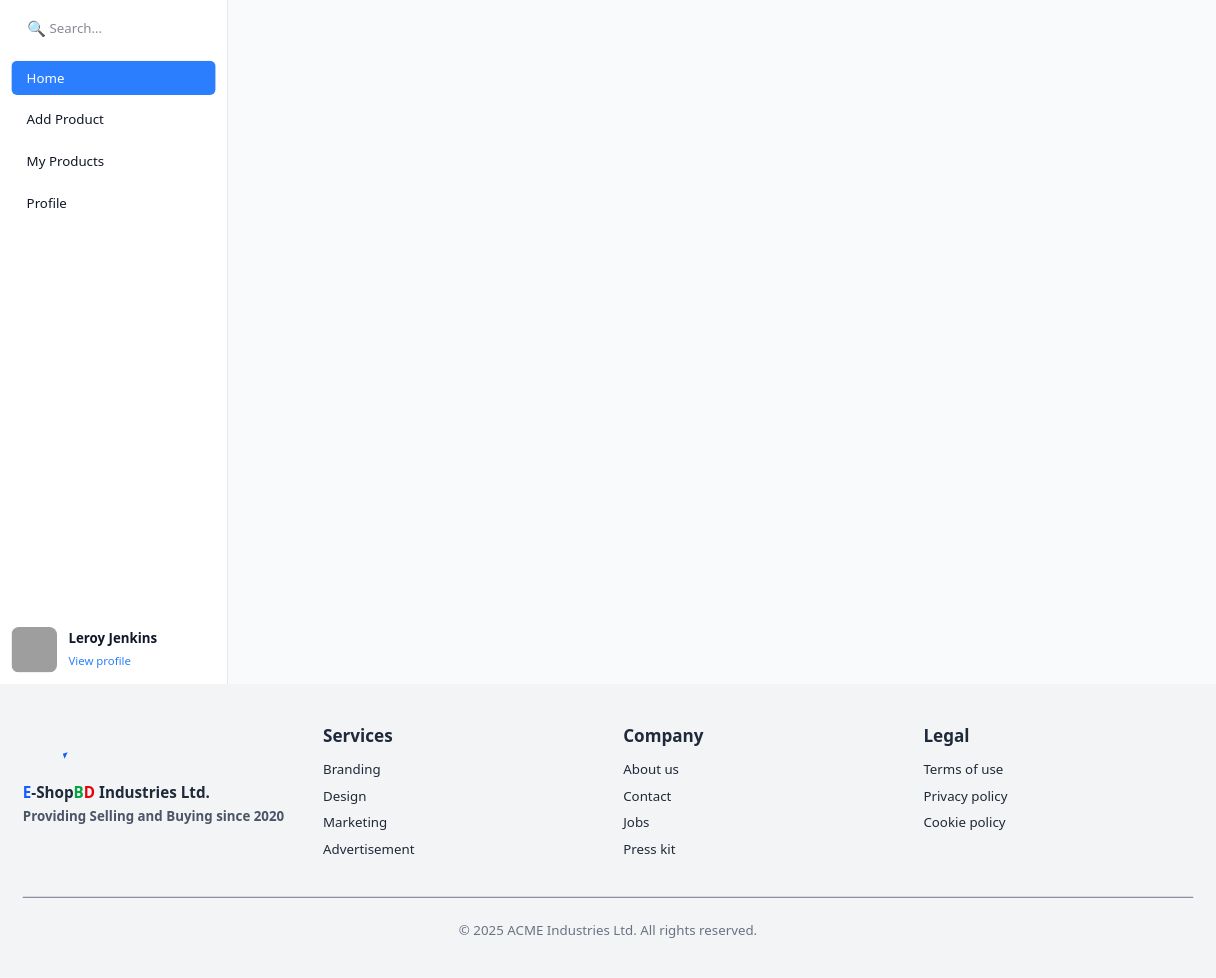
Repository: syedbayzid82849/E-shopBD
Page: /dashboard
The author's editor kept a copy of each file at every save. The page is drawn from the files as they stood at one save, then again after a run of saves.
The browser window is 1280 px wide. The pictures show the whole page, at 95% of full size.
Pictures or frames that could not be fetched are drawn as grey boxes. The project was rebuilt for these pictures with package versions that can differ from the ones it lists, and the page was loaded fresh each time. The framework's server and built-in components were replaced by stand-ins that run in the browser. Also part of the build but not shown: next.config.mjs, src/app/components/Navbar.jsx, src/app/components/NavbarWrapper.jsx.

Above is the page before, as saved 2025-08-26 16:13:58.

### src/app/layout.js
import { Geist, Geist_Mono } from "next/font/google";
import "./globals.css";
import Footer from "./components/Footer";
import NextAuthProvider from "@/Providers/NextAuthProvider";
import NavbarWrapper from "./components/NavbarWrapper";

const geistSans = Geist({
  variable: "--font-geist-sans",
  subsets: ["latin"],
});

const geistMono = Geist_Mono({
  variable: "--font-geist-mono",
  subsets: ["latin"],
});

export const metadata = {
  title: "Create Next App",
  description: "Generated by create next app",
};

export default function RootLayout({ children }) {
  return (
    <html lang="en" suppressHydrationWarning>
      <body className={`${geistSans.variable} ${geistMono.variable}`}>
        <NextAuthProvider>
          <nav>
            <NavbarWrapper></NavbarWrapper>
          </nav>
          <main>
            {children}
          </main>
          <footer>
            <Footer />
          </footer>
        </NextAuthProvider>
      </body>
    </html>
  );
}

### src/app/dashboard/page.jsx
"use client";
import { useState } from "react";
import Link from "next/link";
import { usePathname } from "next/navigation";

export default function Dashboard() {
  const [sidebarOpen, setSidebarOpen] = useState(false);
  const pathname = usePathname();

  const menuItems = [
    { name: "Home", href: "/dashboard" },
    { name: "Add Product", href: "/dashboard/add-products" },
    { name: "My Products", href: "/dashboard/my-products" },
    { name: "Profile", href: "/dashboard/profile" },
  ];

  return (
    <div className="flex h-screen bg-gray-50 dark:bg-gray-900 text-gray-900 dark:text-gray-100">
      {/* Sidebar */}
      <div
        className={`fixed inset-y-0 left-0 z-30 w-60 transform bg-white dark:bg-gray-800 border-r border-gray-200 dark:border-gray-700 transition-transform duration-300 ease-in-out
        ${sidebarOpen ? "translate-x-0" : "-translate-x-full"} md:translate-x-0 md:relative md:flex md:flex-col`}
      >
        {/* Close button on small screens */}
        <div className="flex items-center justify-between p-3 md:hidden">
          <h2 className="text-lg font-semibold">Dashboard</h2>
          <button onClick={() => setSidebarOpen(false)} className="p-2 rounded-md hover:bg-gray-200 dark:hover:bg-gray-700">
            ✕
          </button>
        </div>

        {/* Sidebar content */}
        <div className="flex flex-col h-full p-3 pt-0 md:pt-3">
          {/* Search */}
          <div className="relative mb-4">
            <span className="absolute inset-y-0 left-0 flex items-center pl-2">
              <button type="submit" className="p-2 focus:outline-none focus:ring">🔍</button>
            </span>
            <input
              type="search"
              placeholder="Search..."
              className="w-full py-2 pl-10 pr-2 text-sm rounded-md focus:outline-none focus:ring focus:ring-blue-500 dark:bg-gray-700 dark:text-gray-100"
            />
          </div>

          {/* Menu */}
          <div className="flex-1 overflow-y-auto">
            <ul className="space-y-2 text-sm">
              {menuItems.map((item) => {
                const isActive = pathname === item.href;
                return (
                  <li key={item.name}>
                    <Link
                      href={item.href}
                      className={`block w-full text-left px-4 py-2 rounded-md hover:bg-gray-100 dark:hover:bg-gray-700 ${isActive ? "bg-blue-500 text-white dark:bg-blue-600" : ""
                        }`}
                    >
                      {item.name}
                    </Link>
                  </li>
                );
              })}
            </ul>
          </div>

          {/* Profile */}
          <div className="flex items-center mt-6 space-x-3">
            <img
              src="https://source.unsplash.com/100x100/?portrait"
              alt="User"
              className="w-12 h-12 rounded-lg object-cover"
            />
            <div>
              <h2 className="text-sm font-semibold">Leroy Jenkins</h2>
              <a href="#" className="text-xs text-blue-500 hover:underline">View profile</a>
            </div>
          </div>
        </div>
      </div>

      {/* Mobile overlay */}
      {sidebarOpen && (
        <div
          className="fixed inset-0 z-20 bg-black opacity-50 md:hidden"
          onClick={() => setSidebarOpen(false)}
        ></div>
      )}

      {/* Right side */}
      <div className="flex-1 flex flex-col ml-0 md:ml-60">
        {/* Top bar for mobile */}
        <div className="flex items-center justify-between p-4 bg-white dark:bg-gray-800 border-b border-gray-200 dark:border-gray-700 md:hidden">
          <button
            className="p-2 rounded-md hover:bg-gray-200 dark:hover:bg-gray-700"
            onClick={() => setSidebarOpen(true)}
          >
            ☰
          </button>
          <h1 className="text-lg font-bold">Dashboard</h1>
        </div>

        {/* Main content */}
        {}
      </div>
    </div>
  );
}

### src/app/components/Footer.jsx
import React from 'react'

export default function Footer() {
    return (
        <>
            <footer className="bg-gray-100 text-gray-800 py-10 px-6">
                <div className="max-w-7xl mx-auto grid grid-cols-1 sm:grid-cols-2 md:grid-cols-4 gap-8">

                    {/* Logo & About */}
                    <div>
                        <svg
                            width="50"
                            height="50"
                            viewBox="0 0 24 24"
                            xmlns="http://www.w3.org/2000/svg"
                            className="fill-current text-blue-600 mb-3"
                        >
                            <path d="M22.672 15.226l-2.432.811.841 2.515c..."></path>
                        </svg>
                        <p className="font-semibold">
                            <span className="text-blue-600">E</span>
                            <span>-Shop</span>
                            <span className="text-green-600">B</span>
                            <span className="text-red-600">D</span> Industries Ltd. <br />
                            <span className="text-sm text-gray-600">
                                Providing Selling and Buying since 2020
                            </span>
                        </p>
                    </div>

                    {/* Services */}
                    <div>
                        <h6 className="text-lg font-bold mb-3">Services</h6>
                        <ul className="space-y-2 text-sm">
                            <li><a href="#" className="hover:text-blue-600">Branding</a></li>
                            <li><a href="#" className="hover:text-blue-600">Design</a></li>
                            <li><a href="#" className="hover:text-blue-600">Marketing</a></li>
                            <li><a href="#" className="hover:text-blue-600">Advertisement</a></li>
                        </ul>
                    </div>

                    {/* Company */}
                    <div>
                        <h6 className="text-lg font-bold mb-3">Company</h6>
                        <ul className="space-y-2 text-sm">
                            <li><a href="#" className="hover:text-blue-600">About us</a></li>
                            <li><a href="#" className="hover:text-blue-600">Contact</a></li>
                            <li><a href="#" className="hover:text-blue-600">Jobs</a></li>
                            <li><a href="#" className="hover:text-blue-600">Press kit</a></li>
                        </ul>
                    </div>

                    {/* Legal */}
                    <div>
                        <h6 className="text-lg font-bold mb-3">Legal</h6>
                        <ul className="space-y-2 text-sm">
                            <li><a href="#" className="hover:text-blue-600">Terms of use</a></li>
                            <li><a href="#" className="hover:text-blue-600">Privacy policy</a></li>
                            <li><a href="#" className="hover:text-blue-600">Cookie policy</a></li>
                        </ul>
                    </div>
                </div>

                {/* Bottom section */}
                <div className="mt-10 border-t pt-6 text-center text-sm text-gray-500">
                    © {new Date().getFullYear()} ACME Industries Ltd. All rights reserved.
                </div>
            </footer></>
    )
}

### src/Providers/NextAuthProvider.jsx
"use client";
import { SessionProvider } from "next-auth/react";

export default function NextAuthProvider({ children }) {
    return <SessionProvider>{children}</SessionProvider>;
}

Loaded but not shown: src/app/globals.css (common file)

After the next 17 saves:
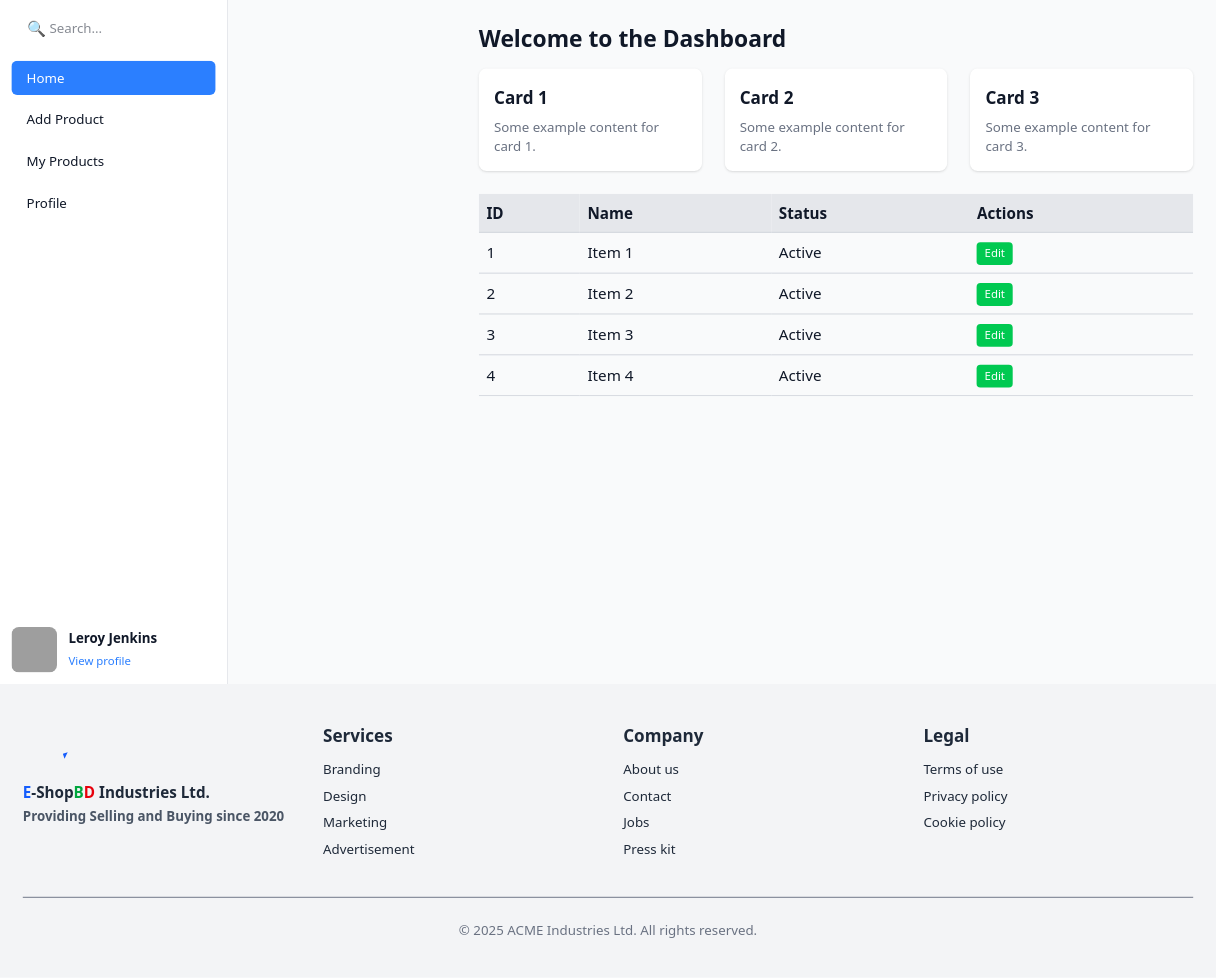
The 17 saves are shown as one change because 3 did not build or start and some came seconds apart.
The last was saved 6 min 50 s later.
--- a/src/app/dashboard/page.jsx
+++ b/src/app/dashboard/page.jsx
@@ -100,7 +100,49 @@ export default function Dashboard() {
         </div>
 
         {/* Main content */}
-        {}
+        <div className="flex-1 p-6 overflow-y-auto">
+          <h2 className="text-2xl font-bold mb-4">Welcome to the Dashboard</h2>
+
+          {/* Example cards */}
+          <div className="grid grid-cols-1 sm:grid-cols-2 lg:grid-cols-3 gap-6 mb-6">
+            {[1, 2, 3].map((card) => (
+              <div key={card} className="p-4 bg-white dark:bg-gray-800 rounded-lg shadow">
+                <h3 className="text-lg font-semibold mb-2">Card {card}</h3>
+                <p className="text-sm text-gray-500 dark:text-gray-400">
+                  Some example content for card {card}.
+                </p>
+              </div>
+            ))}
+          </div>
+
+          {/* Example table */}
+          <div className="overflow-x-auto">
+            <table className="w-full text-left border-collapse">
+              <thead>
+                <tr className="bg-gray-200 dark:bg-gray-700">
+                  <th className="p-2 border-b border-gray-300 dark:border-gray-600">ID</th>
+                  <th className="p-2 border-b border-gray-300 dark:border-gray-600">Name</th>
+                  <th className="p-2 border-b border-gray-300 dark:border-gray-600">Status</th>
+                  <th className="p-2 border-b border-gray-300 dark:border-gray-600">Actions</th>
+                </tr>
+              </thead>
+              <tbody>
+                {[1, 2, 3, 4].map((row) => (
+                  <tr key={row} className="hover:bg-gray-100 dark:hover:bg-gray-700">
+                    <td className="p-2 border-b border-gray-300 dark:border-gray-600">{row}</td>
+                    <td className="p-2 border-b border-gray-300 dark:border-gray-600">Item {row}</td>
+                    <td className="p-2 border-b border-gray-300 dark:border-gray-600">Active</td>
+                    <td className="p-2 border-b border-gray-300 dark:border-gray-600">
+                      <button className="px-2 py-1 text-xs text-white bg-green-500 rounded hover:bg-green-600">
+                        Edit
+                      </button>
+                    </td>
+                  </tr>
+                ))}
+              </tbody>
+            </table>
+          </div>
+        </div>
       </div>
     </div>
   );
